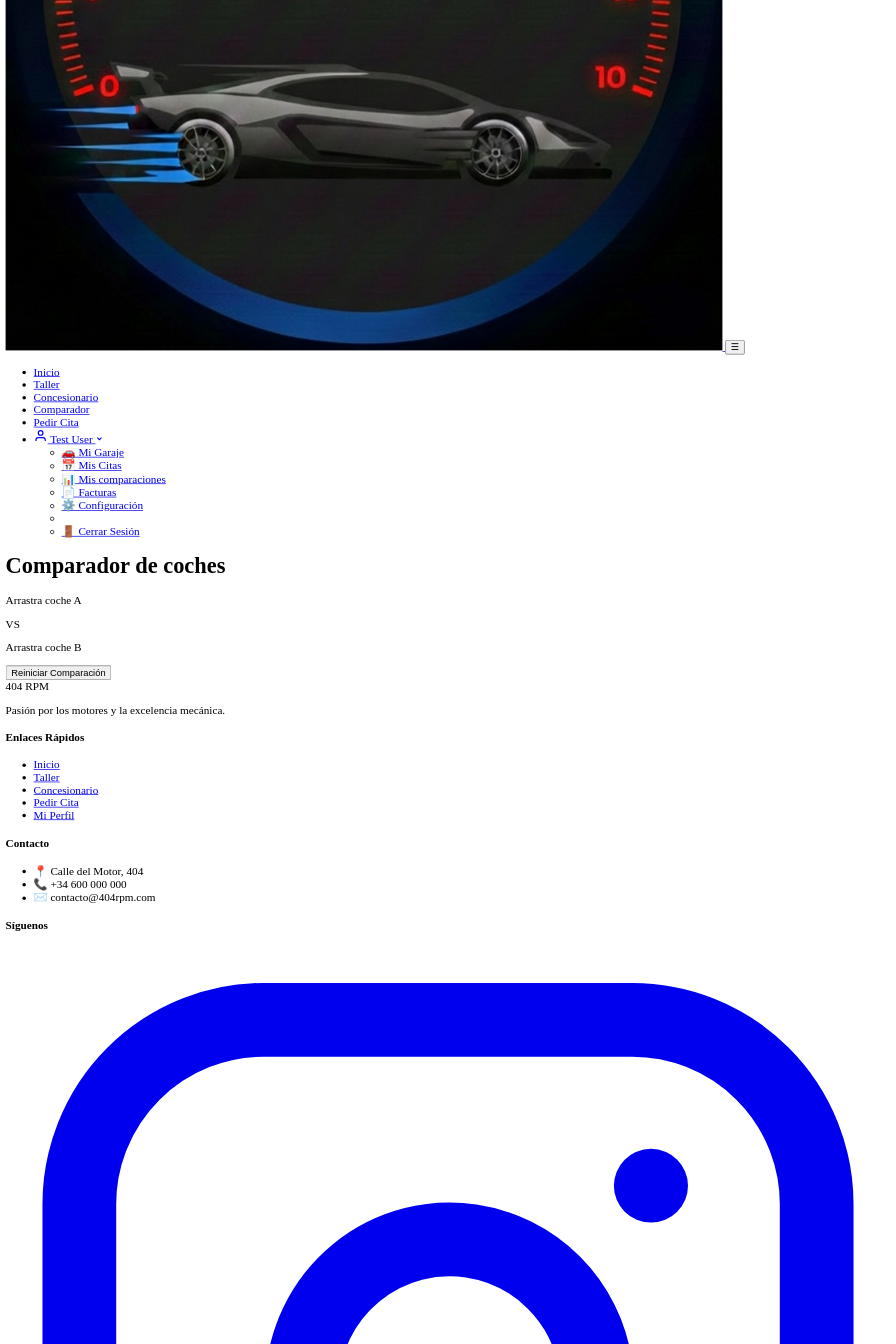
Repository: ikcpt/404-rpm
Page: http://localhost/comparacion
These files come from the project's save history. The page is drawn as it stood at one moment and after the next save; the edit follows.
The browser window is 1280 px wide. The pictures show the part of the page from y = 532 to 2452 px (the page is 5737 px tall), at 70% of full size.
The page is served by the project's Laravel application, run on PHP 8.4 with Laravel 12. A made-up administrator, Test User (test@example.com), is signed in. Other server files are loaded and not shown. Queries for data that is not in the repository find no rows.

Above is the page before, as saved 2026-02-05 12:29:07.

### dev/backend/src/routes/web.php
<?php

use App\Http\Controllers\ProfileController;
use App\Http\Controllers\HomeController;
use App\Http\Controllers\CarController;
use Illuminate\Support\Facades\File;
use Illuminate\Support\Facades\Route;
use Illuminate\Support\Facades\Response;
use Illuminate\Support\Facades\Auth;
use App\Models\Car;
use App\Models\Brand;
use App\Models\Appointment;

Route::get('/', [HomeController::class, 'index'])->name('home');

Route::get('/login', function() {
    return view('login');
})->name('login');

Route::get('/register', function() {
    return view('register');
})->name('register');

Route::get('/dashboard', function () {
    return redirect('/');
})->middleware(['auth', 'verified'])->name('dashboard');

// Ruta para acceder al menú de inicio de sesión
Route::get('acceso', function () {
    return view('acceso');
})->name('acceso');

Route::get('/concesionario', function () {
    $brands = Brand::all();
    // Obtenemos los coches separándolos por su clase y cargando la marca para optimizar
    $gamaAlta  = Car::where('class', 'Gama Alta')->with('brand')->get();
    $gamaMedia = Car::where('class', 'Gama Media')->with('brand')->get();
    $ocasion   = Car::where('class', 'Ocasión')->with('brand')->get();

    return view('concesionario', compact('brands', 'gamaAlta', 'gamaMedia', 'ocasion'));
})->name('concesionario');

Route::get('/api/cars/{id}', function ($id) {
    $car = Car::with(['brand', 'extras'])->find($id);

    if (!$car) {
        return response()->json(['error' => 'Coche no encontrado'], 404);
    }

    // Laravel convierte esto automáticamente a JSON
    return response()->json($car);
});

Route::get('/ficha/{id}', function ($id) {
    return view('ficha', ['id' => $id]);
})->name('ficha');

Route::get('/marca/{id}', [CarController::class, 'carsByBrand'])->name('marca.detalle');

// Middleware de autenticación. Las rutas que están dentro funcionarán si el usuario ha iniciado sesión
Route::get('/factura/{id}', function ($id) {
    return "Aquí se descargará la factura " . $id;
})->name('invoice');

Route::get('/cita', [CitaController::class, 'create'])->name('cita.create');
Route::post('/cita', [CitaController::class, 'store'])->name('citas.store');

// Rutas del perfil
Route::middleware('auth')->group(function () {
    // Ruta para cambiar la configuración del perfil
    Route::get('configuracion', [ProfileController::class, 'edit'])->name('configuracion');

    // Ruta para actualizar la información del perfil
    Route::patch('/profile', [ProfileController::class, 'update'])->name('profile.update');

    // Ruta para borrar información del perfil
    Route::delete('/profile', [ProfileController::class, 'destroy'])->name('profile.destroy');

    // Perfil (Vista principal)
    Route::get('/perfil', function() {
        $user = Auth::user()->load('profile', 'cars.brand');
        return view('perfil', compact('user'));
    })->name('perfil');

    // Facturas
    Route::get('/mis-facturas', function() {
        $user = Auth::user();
        $facturas = $user->facturas()->orderBy('fecha_emision', 'desc')->get();
        return view('mis-facturas', compact('user', 'facturas'));
    })->name('mis-facturas');

    // Citas
Route::get('/mis-citas', function () {
    $user = Auth::user();

    // 1. Obtenemos las citas
    $citas = App\Models\Cita::where('user_id', $user->id)->get();

    // 2. Obtenemos los coches (ESTO ES LO QUE FALTABA)
    $misCoches = $user->cars;

    // 3. Enviamos AMBAS variables a la vista
    return view('profile.citas', compact('citas', 'misCoches'));
})->name('mis-citas');

});


use App\Http\Controllers\ComparacionController;

// Grupo protegido: solo usuarios logueados pueden usar comparador
Route::middleware('auth')->group(function () {
    // Página del comparador
    Route::get('/comparacion', [ComparacionController::class, 'index'])->name('comparacion');

    // Guardar una nueva comparación
    Route::post('/comparacion', [ComparacionController::class, 'store'])->name('comparacion.store');

    // Ver las comparaciones del usuario
    Route::get('/mis-comparaciones', [ComparacionController::class, 'showUserComparisons'])->name('mis.comparaciones');

    // Datos JSON de un coche individual (para arrastrar y soltar)
    Route::get('/comparacion/{id}', [ComparacionController::class, 'show']);
});




// --- RUTA COMODÍN ---
// Esta ruta captura cualquier URL que no coincida con las anteriores.

Route::get('{any}', function ($filename) {
    $path = base_path('../frontend/' . $filename);

    if (!File::exists($path)) {
        abort(404);
    }

    $file = File::get($path);
    $type = File::mimeType($path);

    $response = Response::make($file, 200);
    $response->header('Content-Type', $type);

    return $response;
})->where('any', '.*');

require __DIR__.'/auth.php';

### dev/backend/src/app/Models/User.php
<?php

namespace App\Models;

// use Illuminate\Contracts\Auth\MustVerifyEmail;
use Illuminate\Database\Eloquent\Factories\HasFactory;
use Illuminate\Foundation\Auth\User as Authenticatable;
use Illuminate\Notifications\Notifiable;
use App\Models\Appointment;

class User extends Authenticatable
{
    /** @use HasFactory<\Database\Factories\UserFactory> */
    use HasFactory, Notifiable;

    /**
     * The attributes that are mass assignable.
     *
     * @var list<string>
     */
    protected $fillable = [
        'name',
        'email',
        'password',
    ];

    /**
     * The attributes that should be hidden for serialization.
     *
     * @var list<string>
     */
    protected $hidden = [
        'password',
        'remember_token',
    ];

    /**
     * Get the attributes that should be cast.
     *
     * @return array<string, string>
     */
    protected function casts(): array
    {
        return [
            'email_verified_at' => 'datetime',
            'password' => 'hashed',
        ];
    }

    // Relación. User 1:N Cars
    public function cars() {
        return $this->hasMany(Car::class);
    }

    public function profile() {
        return $this->hasOne(Profile::class);
    }

    public function reviews() {
        return $this->hasMany(Review::class);
    }
public function facturas()
    {
        // Cambia 'Factura::class' por 'Invoice::class'
        return $this->hasMany(Invoice::class);
    }
    public function appointments()
{
    return $this->hasMany(Appointment::class);
}

public function comparations()
{
    return $this->hasMany(Comparation::class);
}


}

### dev/backend/src/app/Http/Controllers/ComparacionController.php
<?php

namespace App\Http\Controllers;

use App\Models\Car;
use App\Models\Comparation;
use Illuminate\Http\Request;
use Illuminate\Support\Facades\Auth;

class ComparacionController extends Controller
{
    public function index()
    {
        $coches = Car::with(['brand', 'extras'])->take(14)->get();
        return view('comparacion', compact('coches'));
    }

    public function show($id)
    {
        return Car::with(['brand', 'extras'])->findOrFail($id);
    }

    public function store(Request $request)
    {
        $request->validate([
            'car_a_id' => 'required|exists:cars,id',
            'car_b_id' => 'required|exists:cars,id',
        ]);

        $comparacion = Comparation::create([
            'user_id'   => Auth::id(),
            'car_a_id'  => $request->car_a_id,
            'car_b_id'  => $request->car_b_id,
        ]);

        return response()->json([
            'success'       => true,
            'message'       => 'Comparación guardada correctamente',
            'comparacion_id'=> $comparacion->id
        ]);
    }

    public function showUserComparisons()
    {
        $comparaciones = Auth::user()->comparations()->with(['carA.brand', 'carB.brand'])->get();
        return view('mis_comparaciones', compact('comparaciones'));
    }
}

### dev/backend/src/app/Models/Car.php
<?php

namespace App\Models;

use Illuminate\Database\Eloquent\Factories\HasFactory;
use Illuminate\Database\Eloquent\Model;

class Car extends Model
{
    use HasFactory;

    protected $fillable = [
        'brand_id',
        'user_id',
        'model',
        'type',
        'description',
        'price',
        'image',
    ];

    public function brand() {
        return $this->belongsTo(Brand::class);
    }

    public function user() {
        return $this->belongsTo(User::class);
    }

public function extras() {
    return $this->belongsToMany(Extra::class);
}
}

### dev/backend/src/resources/views/comparacion.blade.php
@extends('layouts.layout')

@section('content')

<div class="comparador">

    <h1 class="titulo">Comparador de coches</h1>

    <!-- Sección de coches disponibles -->
    <section class="garage">
        @foreach($coches as $coche)
            <div
                class="car-card"
                draggable="true"
                data-id="{{ $coche->id }}"
            >
                <img src="{{ $coche->image }}">
                <span>{{ $coche->model }}</span>
            </div>
        @endforeach
    </section>

    <!-- Zona de comparación -->
    <section class="zona-comparacion">

        <div class="drop-slot" id="slotA">
            <p>Arrastra coche A</p>
            <div class="specs"></div>
        </div>

        <div class="vs">VS</div>

        <div class="drop-slot" id="slotB">
            <p>Arrastra coche B</p>
            <div class="specs"></div>
        </div>

  <!-- Botón para reiniciar -->
    <button id="reiniciar-comparacion" class="reiniciar-btn">Reiniciar Comparación</button>

    </section>

</div>

<link rel="stylesheet" href="/css/comparacion.css">
<script src="/js/comparacion.js"></script>

@endsection

### dev/backend/src/resources/views/layouts/layout.blade.php
<!DOCTYPE html>
<html lang="es">

<head>
    <meta charset="UTF-8">
    <meta name="viewport" content="width=device-width, initial-scale=1.0">
    <title>@yield('title', '404 RPM')</title>

    <link rel="preconnect" href="https://fonts.googleapis.com">
    <link rel="preconnect" href="https://fonts.gstatic.com" crossorigin>
    <link href="https://fonts.googleapis.com/css2?family=Inter:wght@400;600;700&display=swap" rel="stylesheet">

    <link rel="stylesheet" href="{{ asset('css/inicio.css') }}">
    <link rel="stylesheet" href="{{ asset('css/Tarjetas.css') }}">
    <link rel="stylesheet" href="{{ asset('css/perfil.css') }}">
    <link rel="stylesheet" href="{{ asset('css/footer.css') }}">
    <link rel="stylesheet" href="{{ asset('css/nav.css') }}">
    <link rel="stylesheet" href="{{ asset('css/concesionario.css') }}">
    <link rel="stylesheet" href="{{ asset('css/responsive.css') }}">
    <link rel="stylesheet" href="{{ asset('css/buscador.css') }}">

    @stack('styles')
</head>

<body>
    <header class="encabezado-principal">
        <div class="contenedor-header">
            <a href="{{ route('home') }}" class="logo">
                <img src="{{ asset('assets/img/logo.jpg') }}" alt="404 RPM Inicio">
            </a>

            <button class="boton-menu" aria-label="Abrir menú">☰</button>

            <nav class="navegacion-principal">
                <ul class="lista-navegacion">
                    <li><a href="{{ route('home') }}" class="enlace-nav">Inicio</a></li>
                    <li><a href="{{ asset('taller.html') }}" class="enlace-nav">Taller</a></li>
                    <li><a href="{{ route('concesionario') }}" class="enlace-nav">Concesionario</a></li>
                    <li><a href="{{ route('comparacion') }}" class="enlace-nav">Comparador</a></li>
                    <li><a href="{{ route('cita.create') }}" class="enlace-nav">Pedir Cita</a></li>

                    @guest
                    <li id="menu-guest" style="display: flex; gap: 15px; align-items: center;">
                        <a href="{{ route('login') }}" class="enlace-nav boton-destacado">Entrar</a>
                    </li>
                    @endguest

                    @auth
                    <li id="menu-auth" class="item-con-desplegable">
                        <a href="{{ route('perfil') }}" class="enlace-nav enlace-perfil">
                            <svg viewBox="0 0 24 24" width="20" height="20" stroke="currentColor" stroke-width="2"
                                fill="none">
                                <path d="M20 21v-2a4 4 0 0 0-4-4H8a4 4 0 0 0-4 4v2"></path>
                                <circle cx="12" cy="7" r="4"></circle>
                            </svg>
                            <span id="user-name">{{ Auth::user()->name }}</span>
                            <svg class="flecha-baja" width="12" height="12" viewBox="0 0 24 24" stroke="currentColor"
                                stroke-width="3" fill="none">
                                <path d="M6 9l6 6 6-6" />
                            </svg>
                        </a>

                        <ul class="submenu">
                            <li><a href="{{ route('perfil') }}#garaje">🚗 Mi Garaje</a></li>
                            <li><a href="{{ route('perfil') }}#citas">📅 Mis Citas</a></li>
                            <li><a href="{{ route('perfil') }}#comparacion">📊 Mis comparaciones</a></li>
                            <li><a href="{{ route('mis-facturas') }}">📄 Facturas</a></li>
                            <li><a href="{{ route('configuracion') }}">⚙️ Configuración</a></li>
                            <li class="separador-menu"></li>
                            <li>
                                <form method="POST" action="{{ route('logout') }}" style="display: inline;">
                                    @csrf
                                    <a href="#" onclick="event.preventDefault(); this.closest('form').submit();"
                                        class="cerrar-sesion">
                                        🚪 Cerrar Sesión
                                    </a>
                                </form>
                            </li>
                        </ul>
                    </li>
                    @endauth

                </ul>
            </nav>
        </div>
    </header>

    <main>
        @yield('content')
    </main>

    <footer class="pie-pagina">
        <div class="contenedor-footer">
            <div class="columna-footer">
                <div class="footer-logo">404 RPM</div>
                <p class="footer-texto">Pasión por los motores y la excelencia mecánica.</p>
            </div>

            <div class="columna-footer">
                <h4>Enlaces Rápidos</h4>
                <ul class="enlaces-footer">
                    <li><a href="{{ route('home') }}">Inicio</a></li>
                    <li><a href="{{ asset('taller.html') }}">Taller</a></li>
                    <li><a href="{{ route('concesionario') }}">Concesionario</a></li>
                    <li><a href="{{ asset('cita.html') }}">Pedir Cita</a></li>
                    <li><a href="{{ route('login') }}">Mi Perfil</a></li>
                </ul>
            </div>

            <div class="columna-footer">
                <h4>Contacto</h4>
                <ul class="info-contacto">
                    <li>📍 Calle del Motor, 404</li>
                    <li>📞 +34 600 000 000</li>
                    <li>✉️ contacto@404rpm.com</li>
                </ul>
            </div>

            <div class="columna-footer">
                <h4>Síguenos</h4>
                <div class="redes-sociales">
                    <a href="#" aria-label="Instagram" class="icono-social">
                        <svg viewBox="0 0 24 24" stroke="currentColor" stroke-width="2" fill="none"
                            stroke-linecap="round" stroke-linejoin="round">
                            <rect x="2" y="2" width="20" height="20" rx="5" ry="5"></rect>
                            <path d="M16 11.37A4 4 0 1 1 12.63 8 4 4 0 0 1 16 11.37z"></path>
                            <line x1="17.5" y1="6.5" x2="17.51" y2="6.5"></line>
                        </svg>
                    </a>
                    <a href="#" aria-label="Facebook" class="icono-social">
                        <svg viewBox="0 0 24 24" stroke="currentColor" stroke-width="2" fill="none"
                            stroke-linecap="round" stroke-linejoin="round">
                            <path d="M18 2h-3a5 5 0 0 0-5 5v3H7v4h3v8h4v-8h3l1-4h-4V7a1 1 0 0 1 1-1h3z"></path>
                        </svg>
                    </a>
                    <a href="#" aria-label="Twitter" class="icono-social">
                        <svg viewBox="0 0 24 24" stroke="currentColor" stroke-width="2" fill="none"
                            stroke-linecap="round" stroke-linejoin="round">
                            <path
                                d="M23 3a10.9 10.9 0 0 1-3.14 1.53 4.48 4.48 0 0 0-7.86 3v1A10.66 10.66 0 0 1 3 4s-4 9 5 13a11.64 11.64 0 0 1-7 2c9 5 20 0 20-11.5a4.5 4.5 0 0 0-.08-.83A7.72 7.72 0 0 0 23 3z">
                            </path>
                        </svg>
                    </a>
                </div>
            </div>
        </div>
        <div class="barra-copyright">
            <p>&copy; 2026 404 RPM. Todos los derechos reservados.</p>
        </div>
    </footer>

    <script src="{{ asset('js/app.js') }}"></script>
    @yield('scripts')
</body>

</html>

Loaded but not shown: dev/backend/src/routes/auth.php (common file); dev/backend/src/app/Http/Controllers/Auth/EmailVerificationPromptController.php (common file); dev/backend/src/app/Http/Controllers/Controller.php (common file); dev/backend/src/app/Http/Controllers/Auth/VerifyEmailController.php (common file)

After the next save:
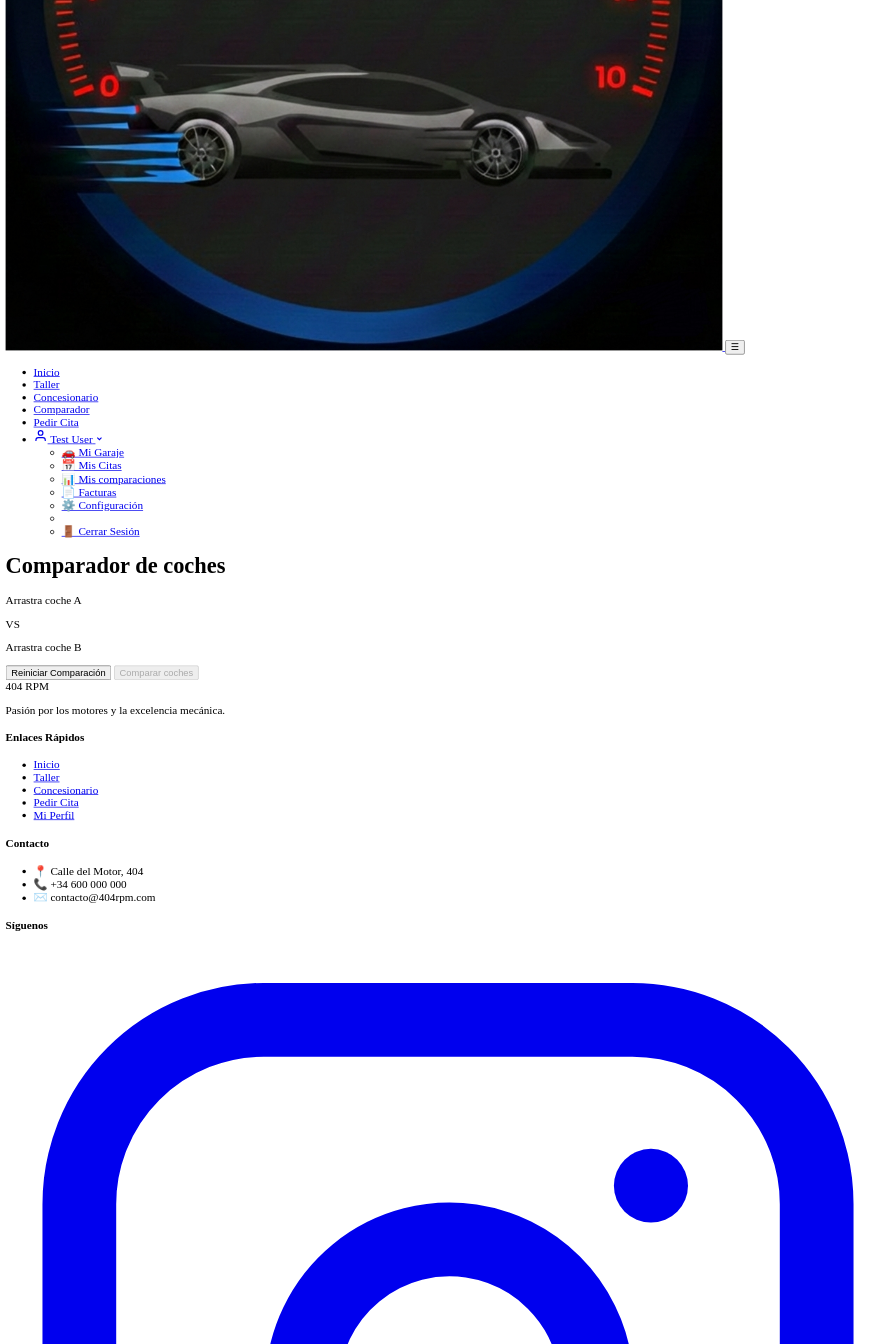
Saved 2 min 45 s later.
--- a/dev/backend/src/resources/views/comparacion.blade.php
+++ b/dev/backend/src/resources/views/comparacion.blade.php
@@ -37,6 +37,7 @@
 
   <!-- Botón para reiniciar -->
     <button id="reiniciar-comparacion" class="reiniciar-btn">Reiniciar Comparación</button>
+    <button id="btnComparar" disabled>Comparar coches</button>
 
     </section>
 
